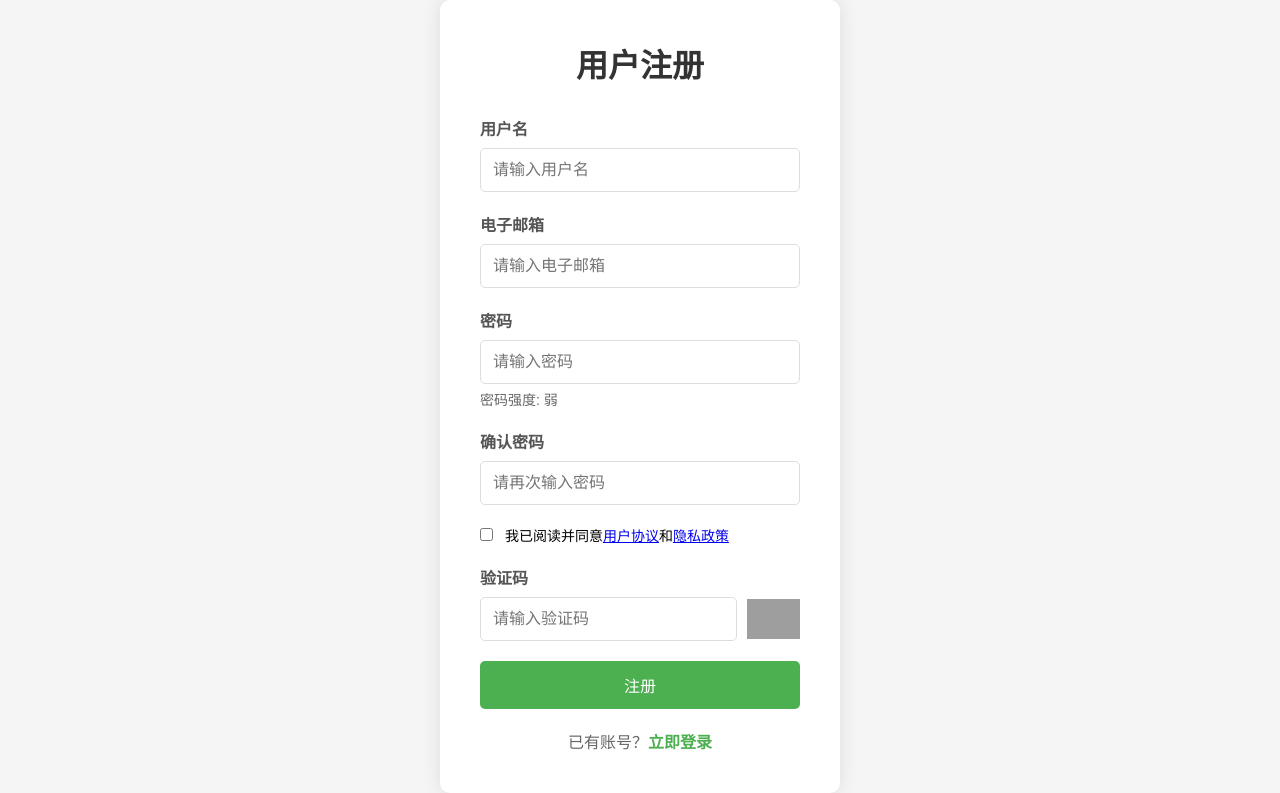
Repository: Jiege005/mytest-software-project
Page: mytest/WebContent/register.html
The author's editor kept a copy of each file at every save. The page is drawn from the files as they stood at one save, then again after the next save.
The browser window is 1280 px wide. The pictures show the whole page.
Pictures or frames that could not be fetched are drawn as grey boxes.

Above is the page before, as saved 2025-06-18 13:41:44.

After the next save:
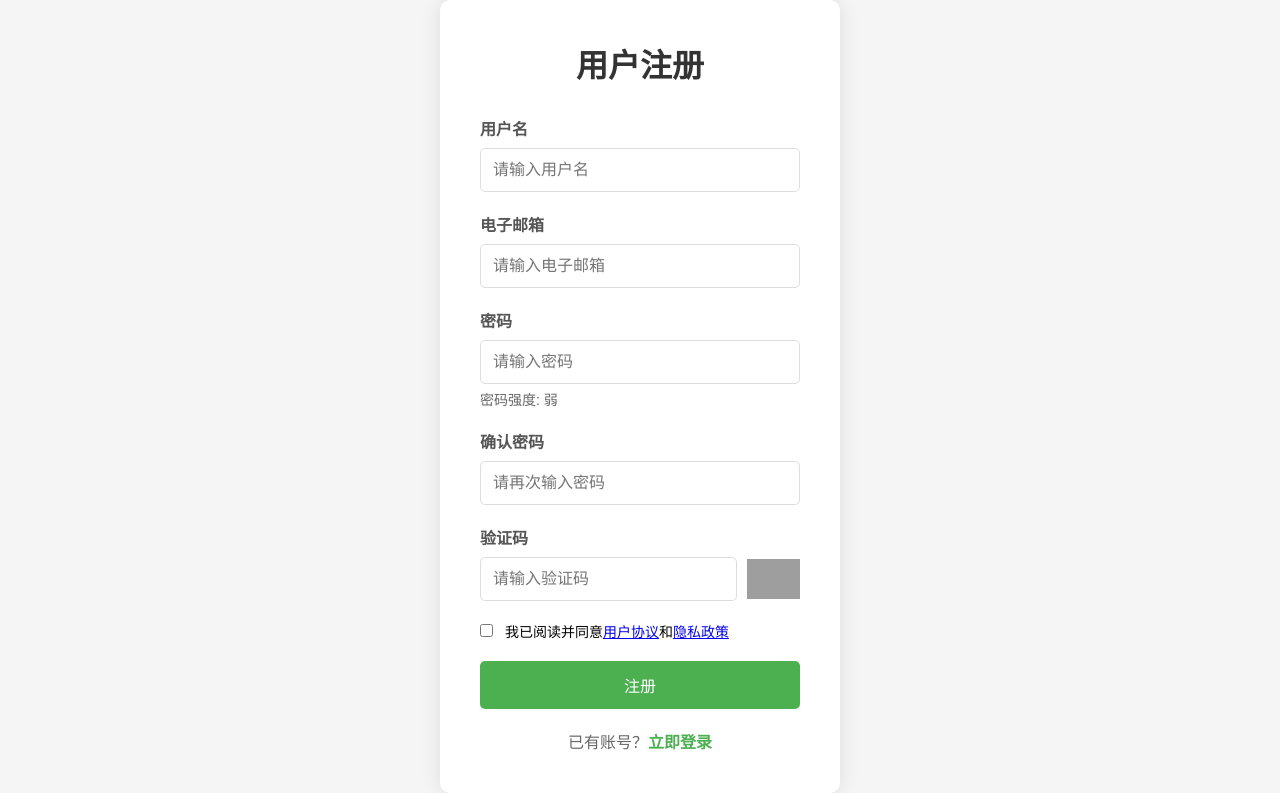
Saved 24 s later.
--- a/mytest/WebContent/register.html
+++ b/mytest/WebContent/register.html
@@ -134,10 +134,6 @@
                     <label for="confirm-password">确认密码</label>
                     <input type="password" id="confirm-password" name="confirm_password" placeholder="请再次输入密码" required>
                 </div>
-                <div class="terms">
-                    <input type="checkbox" id="agree-terms" name="agree_terms" required>
-                    <label for="agree-terms">我已阅读并同意<a href="#">用户协议</a>和<a href="#">隐私政策</a></label>
-                </div>
                 <div class="form-group">
 				    <label for="captcha">验证码</label>
 				    <div style="display: flex; align-items: center; gap: 10px;">
@@ -148,6 +144,10 @@
 				             onclick="refreshCaptcha()">
 				    </div>
 				</div>
+                <div class="terms">
+                    <input type="checkbox" id="agree-terms" name="agree_terms" required>
+                    <label for="agree-terms">我已阅读并同意<a href="#">用户协议</a>和<a href="#">隐私政策</a></label>
+                </div>
                 <button type="submit" class="btn">注册</button>
             </form>
             <div class="switch-form">
